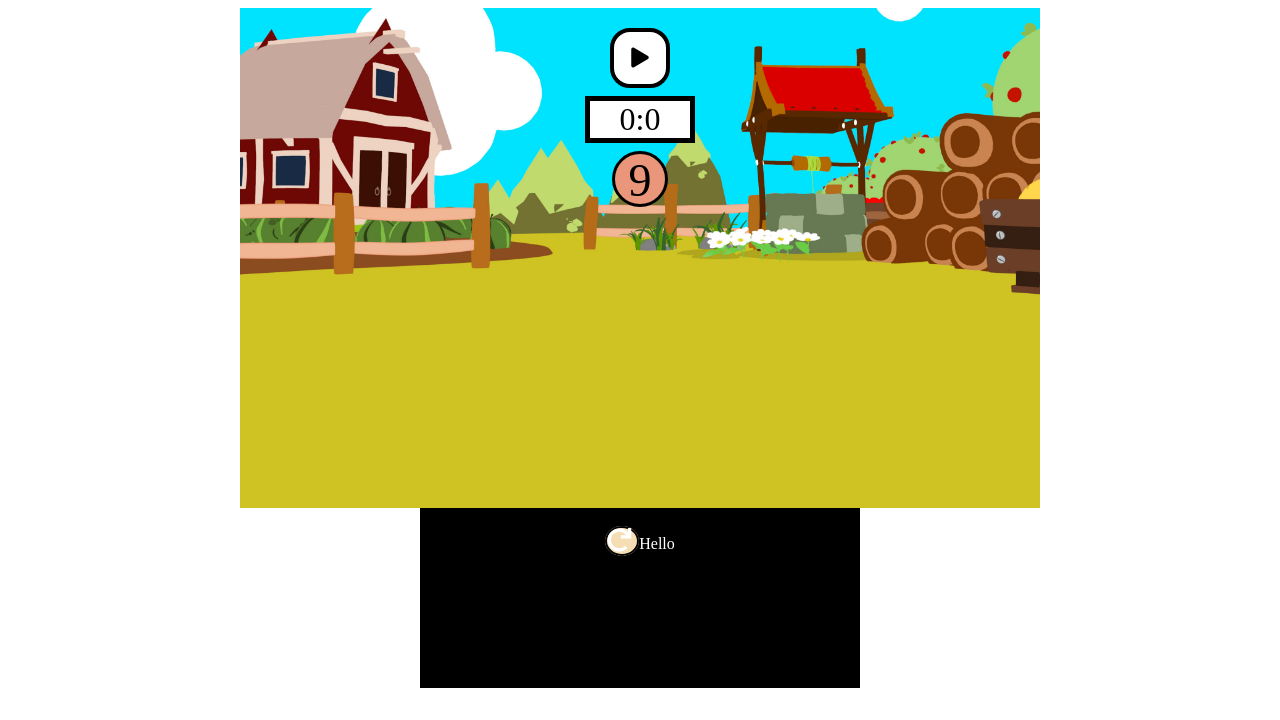
Repository: DevMinwoo-Jung/JavaScript101
Page: WebApIs/carrotClone/index.html
An editor plug-in stored every save of this project. The page is shown before and after the next save, followed by the edit.
The browser window is 1280 px wide. The pictures show the whole page.

Above is the page before, as saved 2021-06-22 14:49:55.

### WebApIs/carrotClone/index.html
<!DOCTYPE html>
<html lang="en">
<head>
  <meta charset="UTF-8">
  <meta http-equiv="X-UA-Compatible" content="IE=edge">
  <meta name="viewport" content="width=device-width, initial-scale=1.0">
  <link rel="stylesheet" href="style.css">
  <script src="main.js"></script>
  <link rel="stylesheet" href="https://use.fontawesome.com/releases/v5.15.3/css/all.css" integrity="sha384-SZXxX4whJ79/gErwcOYf+zWLeJdY/qpuqC4cAa9rOGUstPomtqpuNWT9wdPEn2fk" crossorigin="anonymous">
  <title>Fun game</title>
</head>
<body>
  <section class="game">
    <header class="game__header">
      <button class="game__button">
        <i class="fas fa-play"></i>
        <!-- <i class="fas fa-stop"></i> -->
      </button>
        <span class="game__timer">0:0</span>
        <span class="game__score">9</span>
    </header>
    <section class="game__field"></section>
  </section>
  <section class="pop-up">
    <buttno class="pop-up__refresh">
      <i class="fas fa-redo"></i>
    </buttno>
    <span class="pop-up__message">Hello</span>
  </section>
</body>
</html>

### WebApIs/carrotClone/style.css
body {
  text-align: center;
}
.game {
  display: flex;
  flex-direction: column;
  width: 800px;
  height: 500px;
  background: url(img/background.png) center/cover;
  margin: auto;
}

button {
  border: none;
  outline: none;
  cursor: pointer;
}
.game__header {
  display: flex;
  flex-direction: column;
  align-items: center;
  padding: 20px;
}

.game__button {
  width: 60px;
  height: 60px;
  background-color: white;
  border: 4px solid black;
  font-size: 20px;
  transition: transfrom 300ms ease-in;
  border-radius: 20px;
}

.game__button:hover {
  transform: scale(1.1);
}

.game__timer {
  width: 100px;
  background-color: white;
  text-align: center;
  border: 5px solid black;
  font-size: 32px;
  margin-top: 8px;
}

.game__score {
  width: 50px;
  height: 50px;
  font-size: 46px;
  border: 3px solid black;
  background-color: darksalmon;
  border-radius: 50%;
  text-align: center;
  margin-top: 8px;
}

.game__field {
  background-color: blue;
  width: 100%px;
  margin-top: 40px;
  opacity: 0.4;
}

.pop-up {
  width: 400px;
  height: 140px;
  padding: 20px;
  background-color: black;
  color: white;
  text-align: center;
  margin: auto;
}

.pop-up__refresh {
  width: 60px;
  height: 60px;
  font-size: 24px;
  background-color: wheat;
  border: 2px solid black;
  border-radius: 50%;
}

.pop-up__mesage {
  display: block;
  font-size: 38px;
}

Loaded but not shown: WebApIs/carrotClone/main.js (no stored copy; drawn as an empty file)

After the next save:
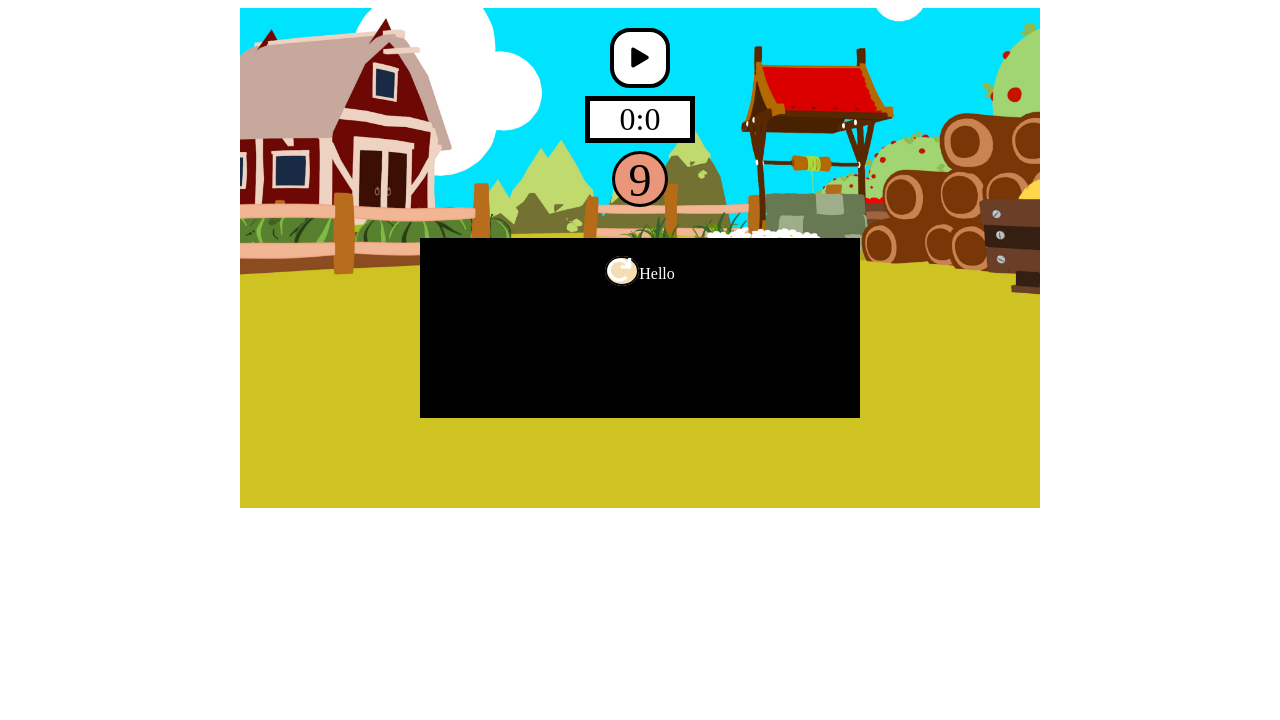
Saved 40 s later.
--- a/WebApIs/carrotClone/style.css
+++ b/WebApIs/carrotClone/style.css
@@ -71,6 +71,7 @@ button {
   color: white;
   text-align: center;
   margin: auto;
+  transform: translateY(-150%);
 }
 
 .pop-up__refresh {
